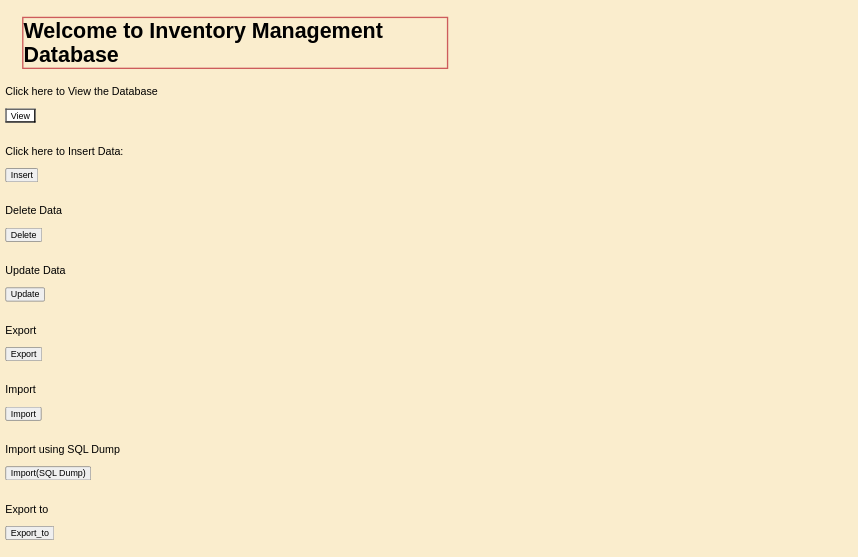
Repository: cyrusdwivedi2002/inventory-management-system
Page: DemoApp/src/main/webapp/Mainpage.html
These files come from the project's save history. The page is drawn as it stood at one moment and after the next save; the edit follows.
The browser window is 1280 px wide. The pictures show the whole page, at 67% of full size.
Some web fonts or font styles are not loaded; a fallback is used.

Above is the page before, as saved 2022-06-24 18:21:04.

### DemoApp/src/main/webapp/Mainpage.html
<!DOCTYPE html>
<html>
<head>
<meta charset="ISO-8859-1">

<link rel="preconnect" href="https://fonts.googleapis.com">
<link rel="preconnect" href="https://fonts.gstatic.com" crossorigin>
<link href="https://fonts.googleapis.com/css2?family=Anek+Latin:wght@500&family=Smooch&display=swap" rel="stylesheet">

<style>
body {
background-color: #faedcd;
font-family: 'Anek Latin', sans-serif;
}
h1{
color: black;
width: 50%;
margin:25px;
border: 2px solid indianred;
}
</style>
<title>Inventory management System</title>
</head>
<body>
	<h1>Welcome to Inventory Management Database</h1>
	<p> Click here to View the Database </p>
	<button type="button" form="form1"   onclick="window.location.href = 'view.html';" style = 'background-color:white'>View</button>
	<br/><br/>
	<p> Click here to Insert Data: </p>
	<button type="button" form="form1"   onclick="window.location.href = 'insert.html';">Insert</button>
	<br/><br/>
	<p> Delete Data </p>
	<button type="button" form="form1"   onclick="window.location.href = 'delete.html';">Delete</button>
	<br/><br/>
	<p> Update Data </p>
	<button type="button" form="form1"   onclick="window.location.href = 'update.html';">Update</button>
	<br/><br/>
	<p> Export </p>
	<button type="button" form="form1"   onclick="window.location.href = 'export.html';">Export</button>
	<br/><br/>
	<p> Import </p>
	<button type="button" form="form1"   onclick="window.location.href = 'import.html';">Import</button>
	<br/><br/>
	<p> Import using SQL Dump</p>
	<button type="button" form="form1"   onclick="window.location.href = 'importdump.html';">Import(SQL Dump)</button>
	<br/><br/>
	<p> Export to</p>
	<button type="button" form="form1"   onclick="window.location.href = 'export.html';">Export_to</button>
	<br/><br/>

	</body>
</html>

After the next save:
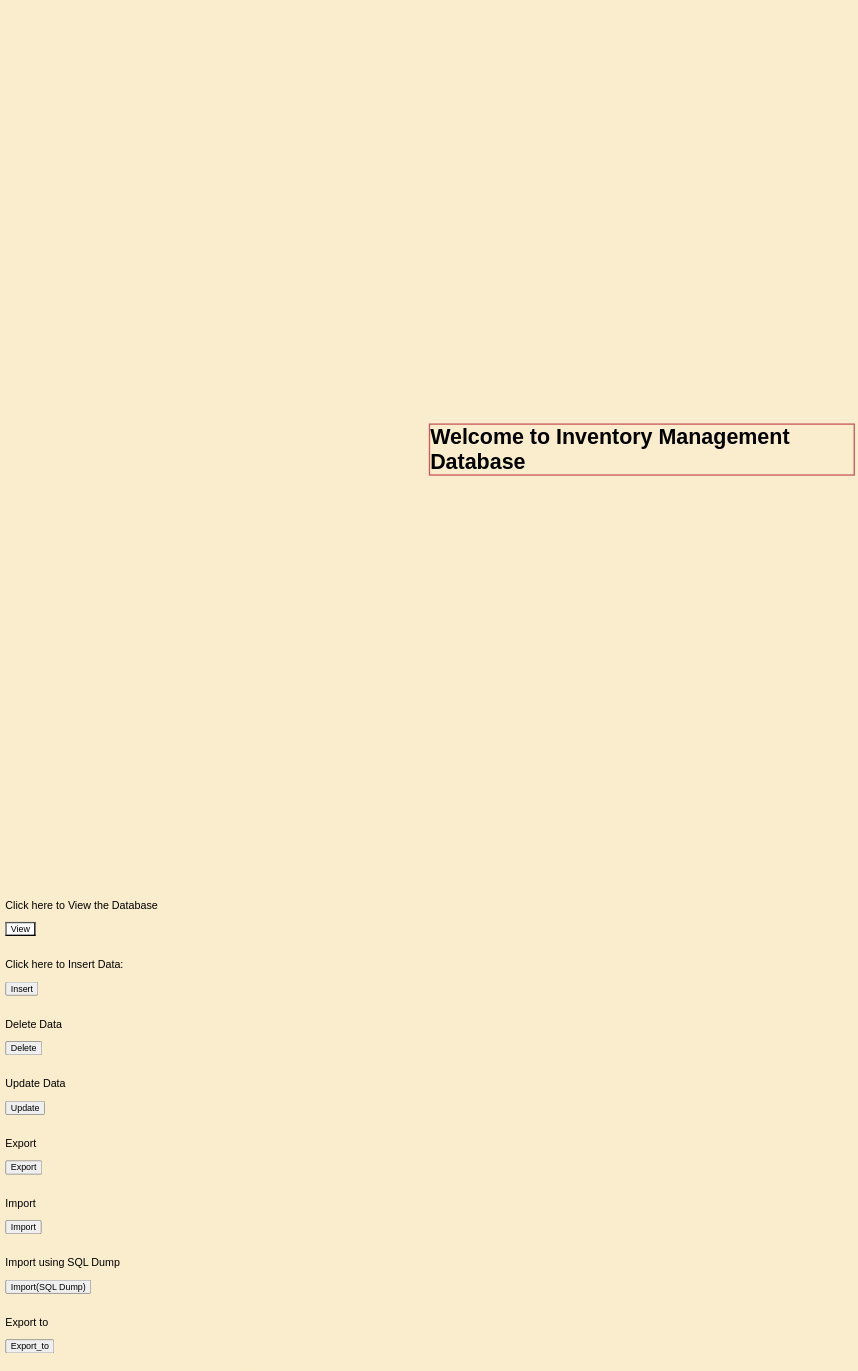
Saved 89 s later.
--- a/DemoApp/src/main/webapp/Mainpage.html
+++ b/DemoApp/src/main/webapp/Mainpage.html
@@ -15,7 +15,7 @@ font-family: 'Anek Latin', sans-serif;
 h1{
 color: black;
 width: 50%;
-margin:25px;
+margin:50%;
 border: 2px solid indianred;
 }
 </style>
